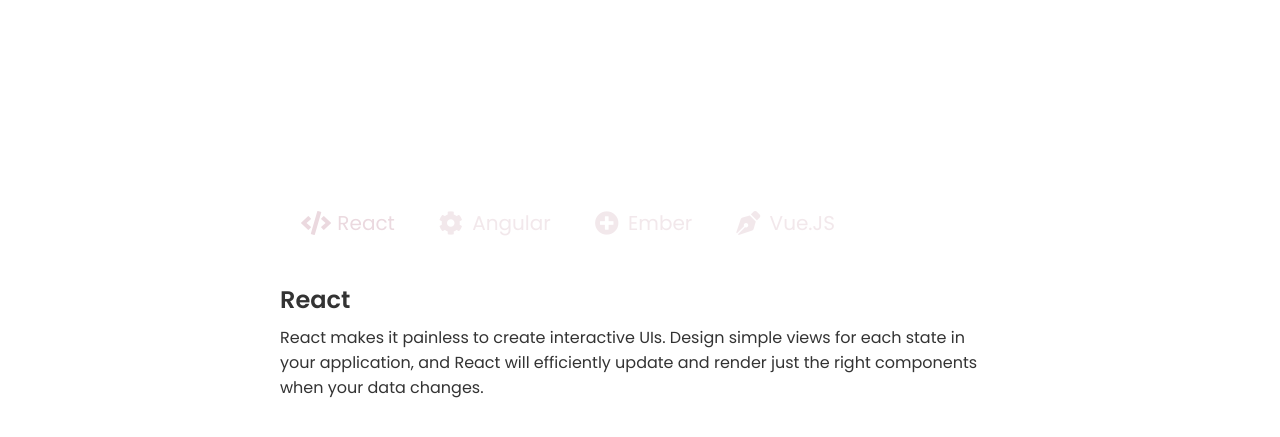
Repository: NguyenMinhTho2207/MT.Shoppe
Page: index-test.html
The author's editor kept a copy of each file at every save. The page is drawn from the files as they stood at one save, then again after the next save.
The browser window is 1280 px wide. The pictures show the whole page.

Above is the page before, as saved 2021-11-30 08:55:39.

### index-test.html
<!DOCTYPE html>
<html lang="en">
<head>
  <meta charset="UTF-8">
  <meta http-equiv="X-UA-Compatible" content="IE=edge">
  <meta name="viewport" content="width=device-width, initial-scale=1.0">
  <title>Document</title>
  <link rel="preconnect" href="https://fonts.gstatic.com">
<link rel="stylesheet" href="https://cdnjs.cloudflare.com/ajax/libs/font-awesome/5.15.2/css/all.min.css"
  integrity="sha512-HK5fgLBL+xu6dm/Ii3z4xhlSUyZgTT9tuc/hSrtw6uzJOvgRr2a9jyxxT1ely+B+xFAmJKVSTbpM/CuL7qxO8w=="
  crossorigin="anonymous" />
<link href="https://fonts.googleapis.com/css2?family=Poppins:wght@300;400;500;600&display=swap" rel="stylesheet">
<link rel="stylesheet" href="/styleTest.css">
</head>
<body>
  <div>
    <!-- Tab items -->
    <div class="tabs">
      <div class="tab-item active">
        <i class="tab-icon fas fa-code"></i>
        React
      </div>
      <div class="tab-item">
        <i class="tab-icon fas fa-cog"></i>
        Angular
      </div>
      <div class="tab-item">
        <i class="tab-icon fas fa-plus-circle"></i>
        Ember
      </div>
      <div class="tab-item">
        <i class="tab-icon fas fa-pen-nib"></i>
        Vue.JS
      </div>
      <div class="line"></div>
    </div>

    <!-- Tab content -->
    <div class="tab-content">
      <div class="tab-pane active">
        <h2>React</h2>
        <p>React makes it painless to create interactive UIs. Design simple views for each state in your application, and
          React will efficiently update and render just the right components when your data changes.</p>
      </div>
      <div class="tab-pane">
        <h2>Angular</h2>
        <p>Angular is an application design framework and development platform for creating efficient and sophisticated
          single-page apps.</p>
      </div>
      <div class="tab-pane">
        <h2>Ember</h2>
        <p>Ember.js is a productive, battle-tested JavaScript framework for building modern web applications. It includes
          everything you need to build rich UIs that work on any device.</p>
      </div>
      <div class="tab-pane">
        <h2>Vue.js</h2>
        <p>Vue (pronounced /vjuː/, like view) is a progressive framework for building user interfaces. Unlike other
          monolithic frameworks, Vue is designed from the ground up to be incrementally adoptable. </p>
      </div>
    </div>
  </div>
  <script>
    const $ = document.querySelector.bind(document)
    const $$ = document.querySelectorAll.bind(document)
    const tabs = $$('.tab-item');
    const panes = $$('.tab-pane');

    tabs.forEach((tab, index) => {
      tab.onclick = function () {
        const pane = panes[index];
        $('.tab-item.active').classList.remove('active');
        $('.tab-pane.active').classList.remove('active');
        this.classList.add('active')
        pane.classList.add('active');

      }
    })
  </script>
</body>

### styleTest.css
* {
  padding: 0;
  margin: 0;
  box-sizing: border-box;
}
body {
  display: flex;
  font-family: "Poppins", sans-serif;
}
body > div {
  margin: 15% auto 0;
  max-width: 720px;
}
.tabs {
  display: flex;
  position: relative;
}
.tabs .line {
  position: absolute;
  left: 0;
  bottom: 0;
  width: 0;
  height: 6px;
  border-radius: 15px;
  background-color: #c23564;
  transition: all 0.2s ease;
}
.tab-item {
  min-width: 80px;
  padding: 16px 20px 11px 20px;
  font-size: 20px;
  text-align: center;
  color: #ebd9df;
  background-color: #fff;
  border-top-left-radius: 5px;
  border-top-right-radius: 5px;
  border-bottom: 5px solid transparent;
  opacity: 0.6;
  cursor: pointer;
  transition: all 0.5s ease;
}
.tab-icon {
  font-size: 24px;
  width: 32px;
  position: relative;
  top: 2px;
}
.tab-item:hover {
  opacity: 1;
  background-color: rgba(194, 53, 100, 0.05);
  border-color: rgba(194, 53, 100, 0.1);
}
.tab-item.active {
  opacity: 1;
}
.tab-content {
  padding: 28px 0;
}
.tab-pane {
  color: #333;
  display: none;
}
.tab-pane.active {
  display: block;
}
.tab-pane h2 {
  font-size: 24px;
  margin-bottom: 8px;
}

After the next save:
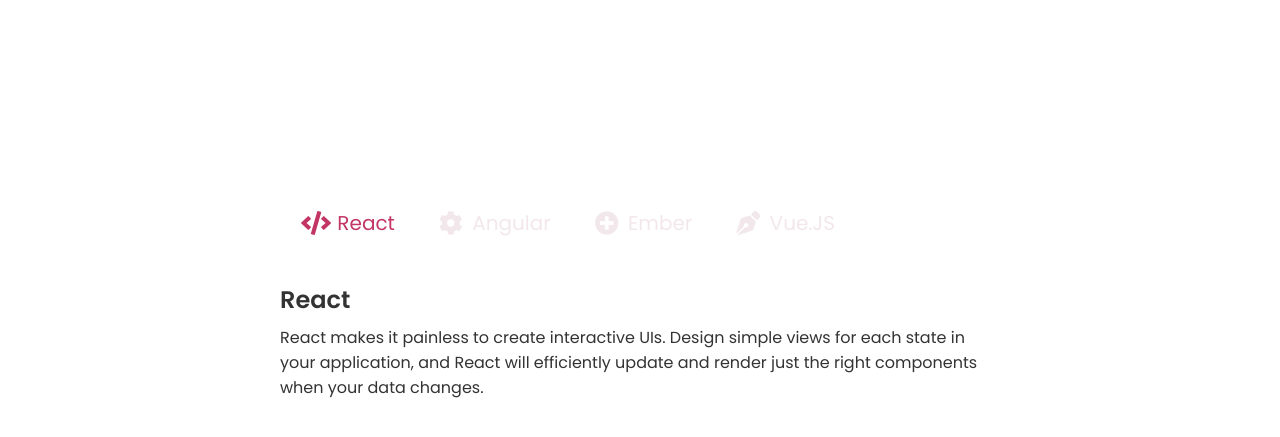
Saved 2 min 41 s later.
--- a/styleTest.css
+++ b/styleTest.css
@@ -52,6 +52,7 @@
 }
 .tab-item.active {
   opacity: 1;
+  color: #c23564;
 }
 .tab-content {
   padding: 28px 0;
